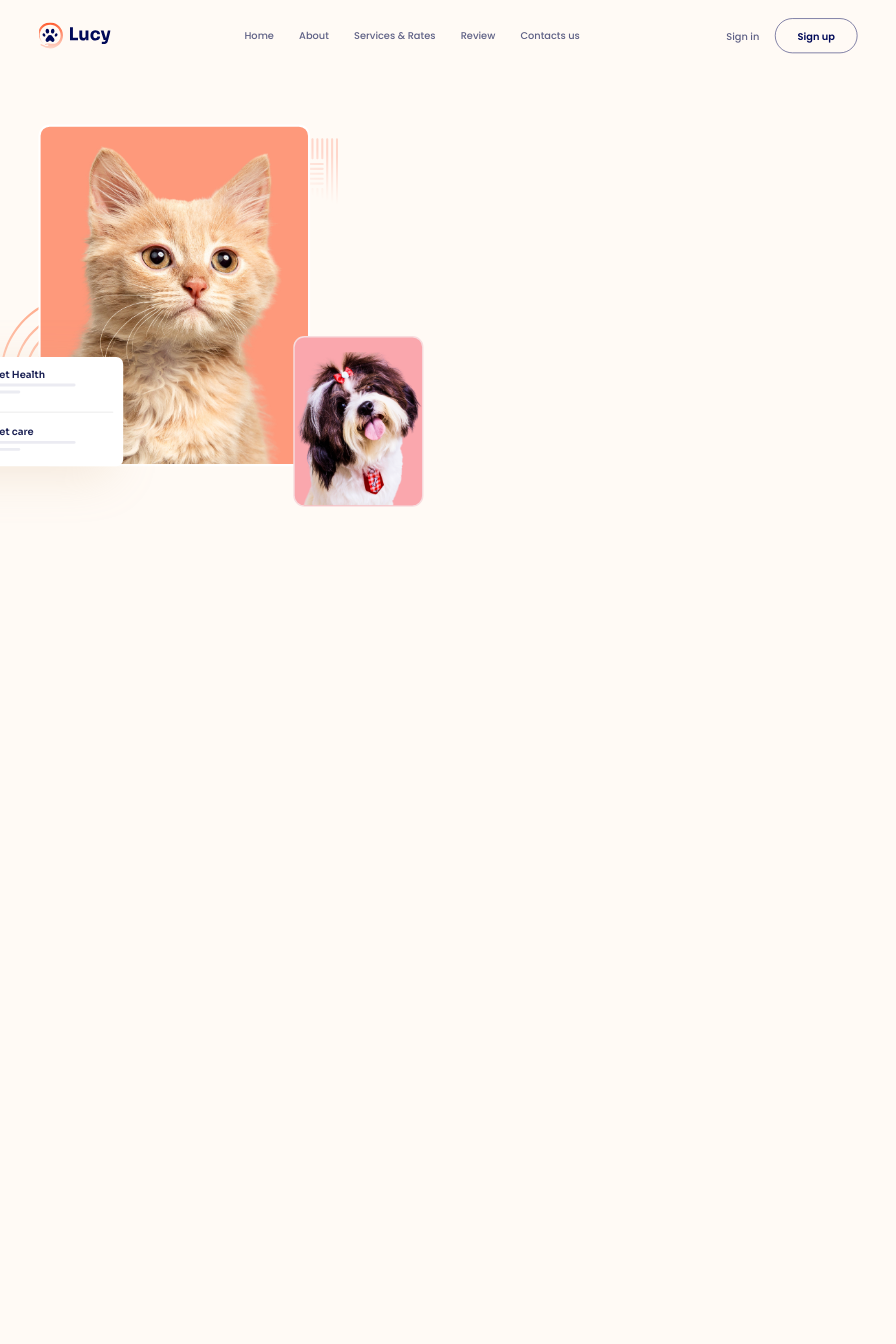
Repository: anhtien111198/f8-htmlcss-04
Page: index.html
An editor plug-in stored every save of this project. The page is shown before and after the next save, followed by the edit.
The browser window is 1280 px wide. The pictures show the part of the page from y = 0 to 1920 px (the page is 5000 px tall), at 70% of full size.

Above is the page before, as saved 2023-05-17 11:50:36.

After the next save:
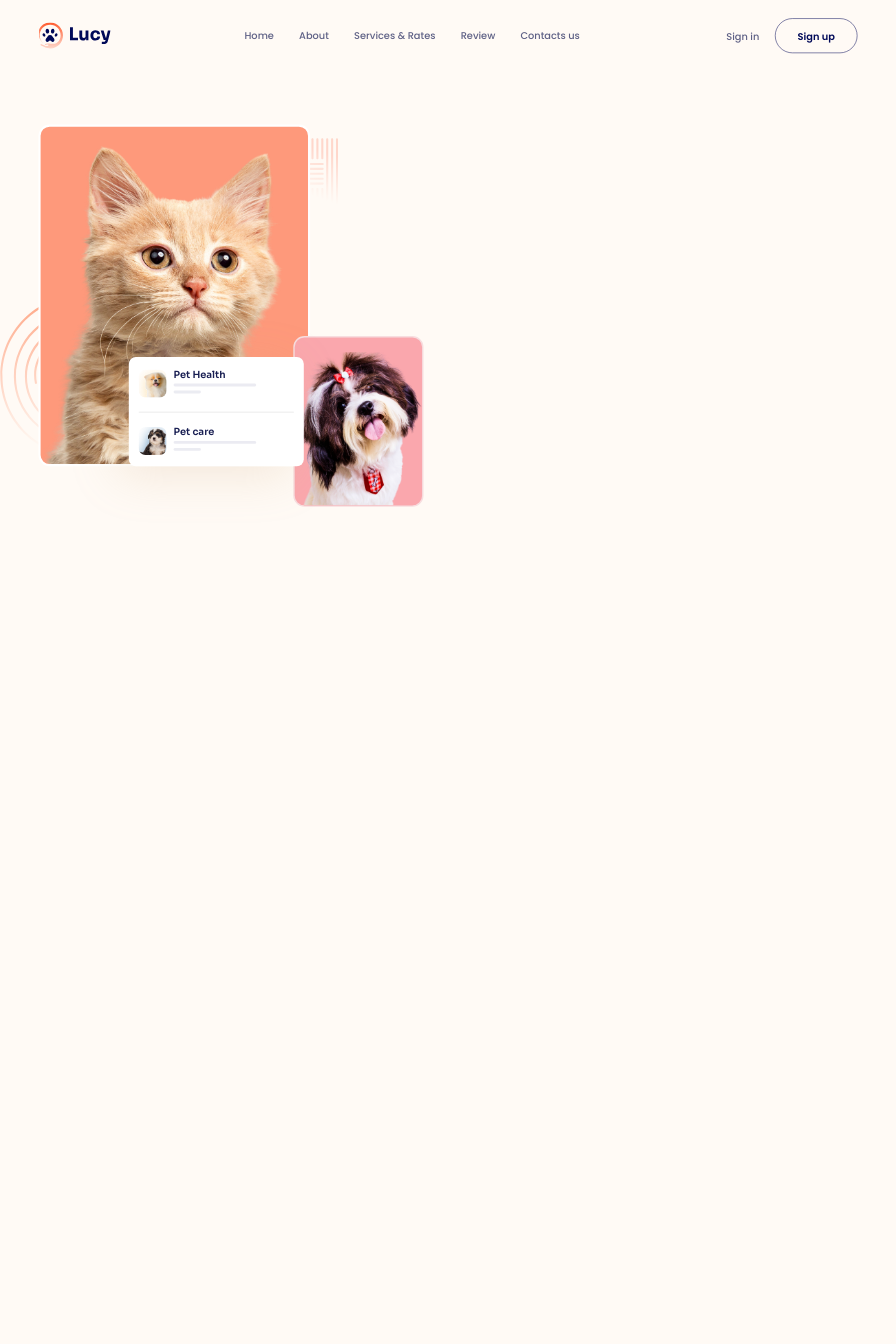
Saved 7 s later.
--- a/assets/css/style.css
+++ b/assets/css/style.css
@@ -131,7 +131,7 @@ select {
 }
 .hero__list {
     position: absolute;
-    left: -129px;
+    left: 129px;
     bottom: 0;
     width: 250px;
     height: 156px;
